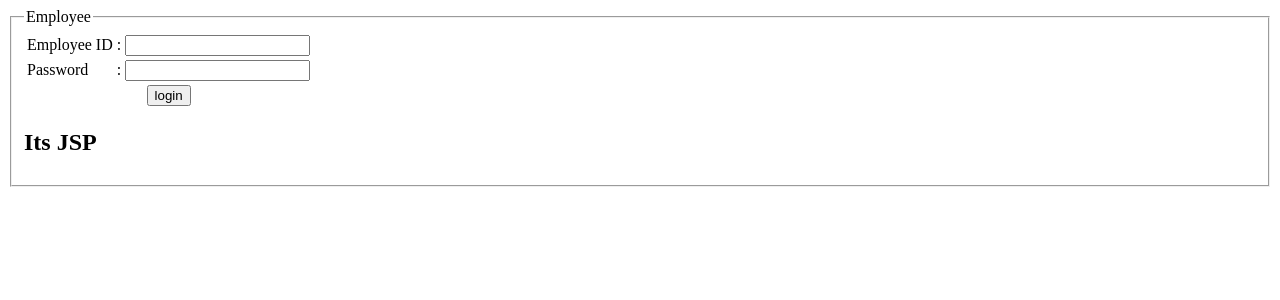
Repository: ramanagouda1001/TY_CG_HTD_BangaloreNovember_JFS_RamanagoudaB
Page: http://localhost/mywebapp/loginform
The author's editor kept a copy of each file at every save. The page is drawn from the files as they stood at one save, then again after the next save.
The browser window is 1280 px wide. The pictures show the whole page.
The page is served by Tomcat 9. Other server files are loaded and not shown.

Above is the page before, as saved 2019-12-17 13:11:56.

### BackEnd/servelet/mywebapp/src/main/webapp/logInForm.jsp
<%@ page language="java" contentType="text/html; charset=ISO-8859-1"
    pageEncoding="ISO-8859-1"%>

<%String msg=(String)request.getAttribute("msg"); %>
<!DOCTYPE html>
<html>
<head>
<meta charset="ISO-8859-1">
<title>Insert title here</title>
</head>
<body>
<fieldset>
		<legend>Employee </legend>
		<form action="./login2" method="post">
			<table>
			<tr>
				<td>Employee  ID</td>
				<td>:</td>
				<td><input type="number" name="empId" required></td>
			</tr>
			<tr>
				<td>Password</td>
				<td>:</td>
				<td><input type="password" name="password" required></td>
			</tr>
			<tr>
				<td colspan="3" align="center">
				<input type="submit" value="login">
				</td>
			</tr>
		</table>
	</form>
	<h2>Its JSP</h2>
	</fieldset>
</body>
</html>

After the next save:
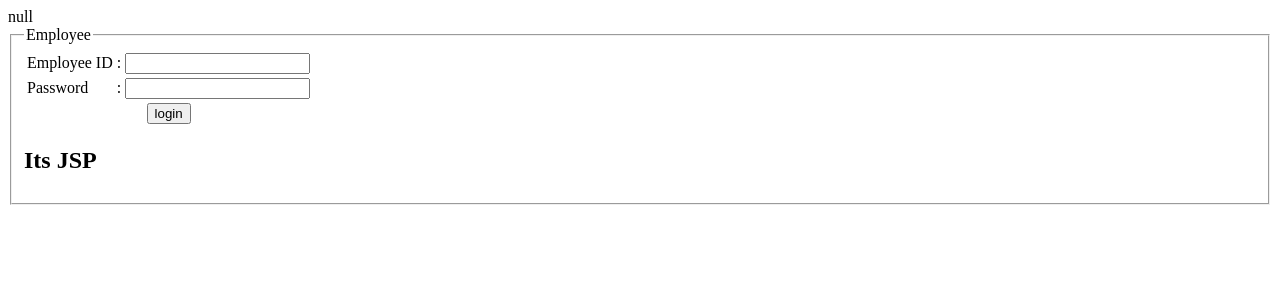
Saved 119 s later.
--- a/BackEnd/servelet/mywebapp/src/main/webapp/logInForm.jsp
+++ b/BackEnd/servelet/mywebapp/src/main/webapp/logInForm.jsp
@@ -9,6 +9,7 @@
 <title>Insert title here</title>
 </head>
 <body>
+<%=msg %>
 <fieldset>
 		<legend>Employee </legend>
 		<form action="./login2" method="post">

After the save that followed:
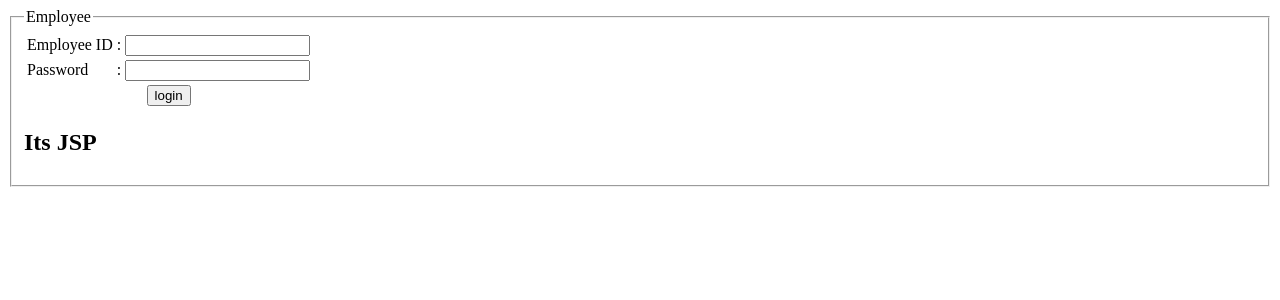
Saved 3 min 38 s later.
--- a/BackEnd/servelet/mywebapp/src/main/webapp/logInForm.jsp
+++ b/BackEnd/servelet/mywebapp/src/main/webapp/logInForm.jsp
@@ -9,7 +9,7 @@
 <title>Insert title here</title>
 </head>
 <body>
-<%=msg %>
+<%if(msg!=null && !msg.isEmpty()) %>
 <fieldset>
 		<legend>Employee </legend>
 		<form action="./login2" method="post">
